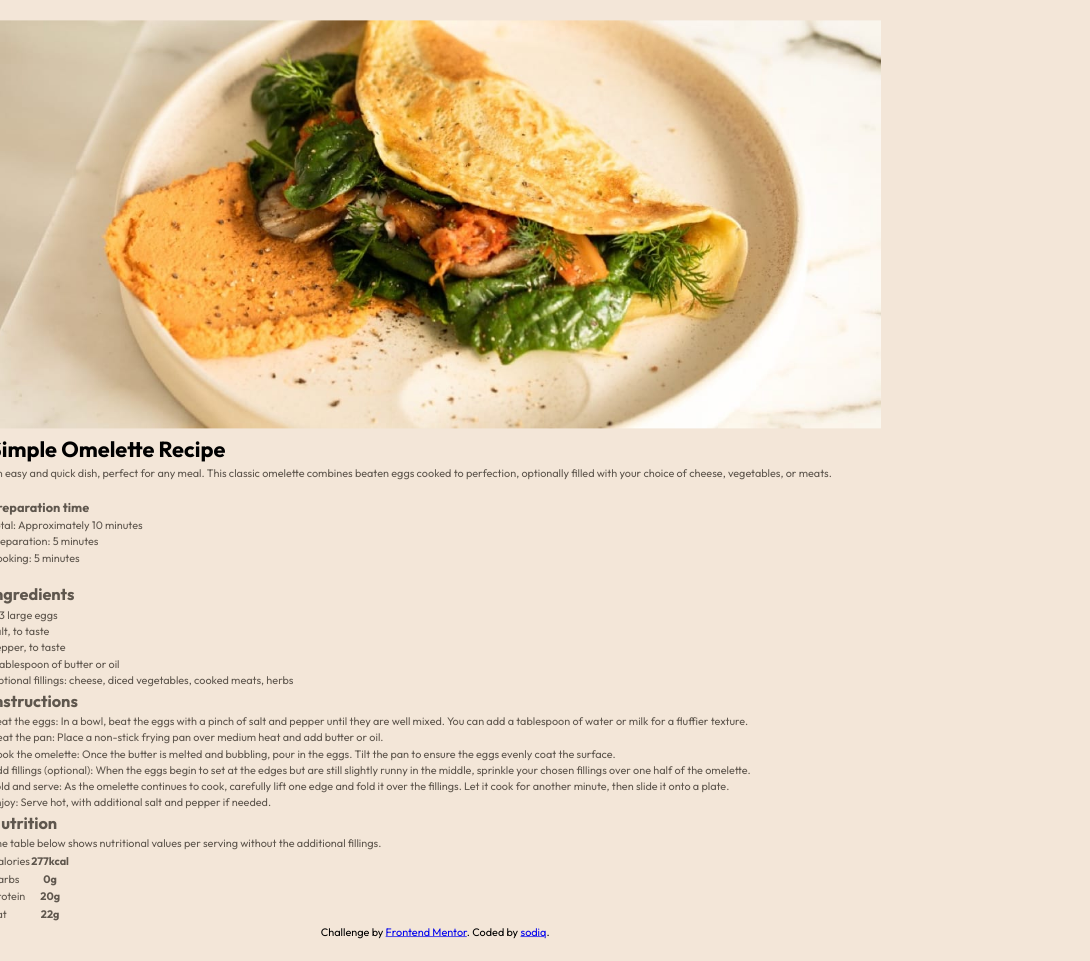
Repository: sodmaq/recipe-page-
Page: index.html
An editor plug-in stored every save of this project. The page is shown before and after the next save, followed by the edit.
The browser window is 1280 px wide. The page is 1296 px wide, then 1603 px, so the pictures cover 1603 px, including what lies to the right of the window. The pictures show the whole page, at 68% of full size.

Above is the page before, as saved 2024-09-08 04:22:09.

After the next save:
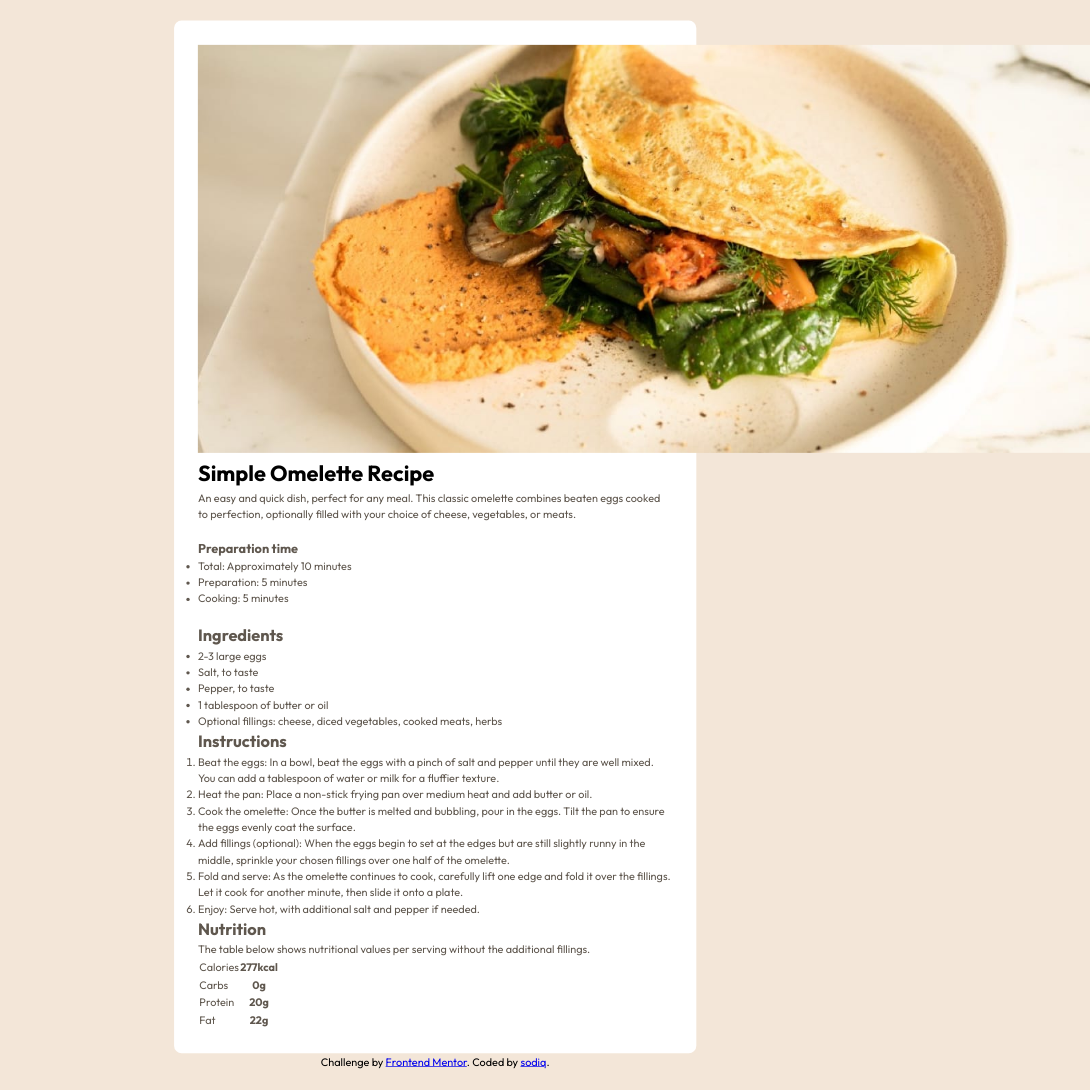
Saved 24 s later.
--- a/style.css
+++ b/style.css
@@ -41,3 +41,11 @@ body {
 .nutrition-section {
   color: var(--Wenge-Brown);
 }
+
+.container {
+  background-color: var(--White-color);
+  padding: 2.2rem;
+  margin: auto;
+  max-width: 48rem;
+  border-radius: 0.7rem;
+}
